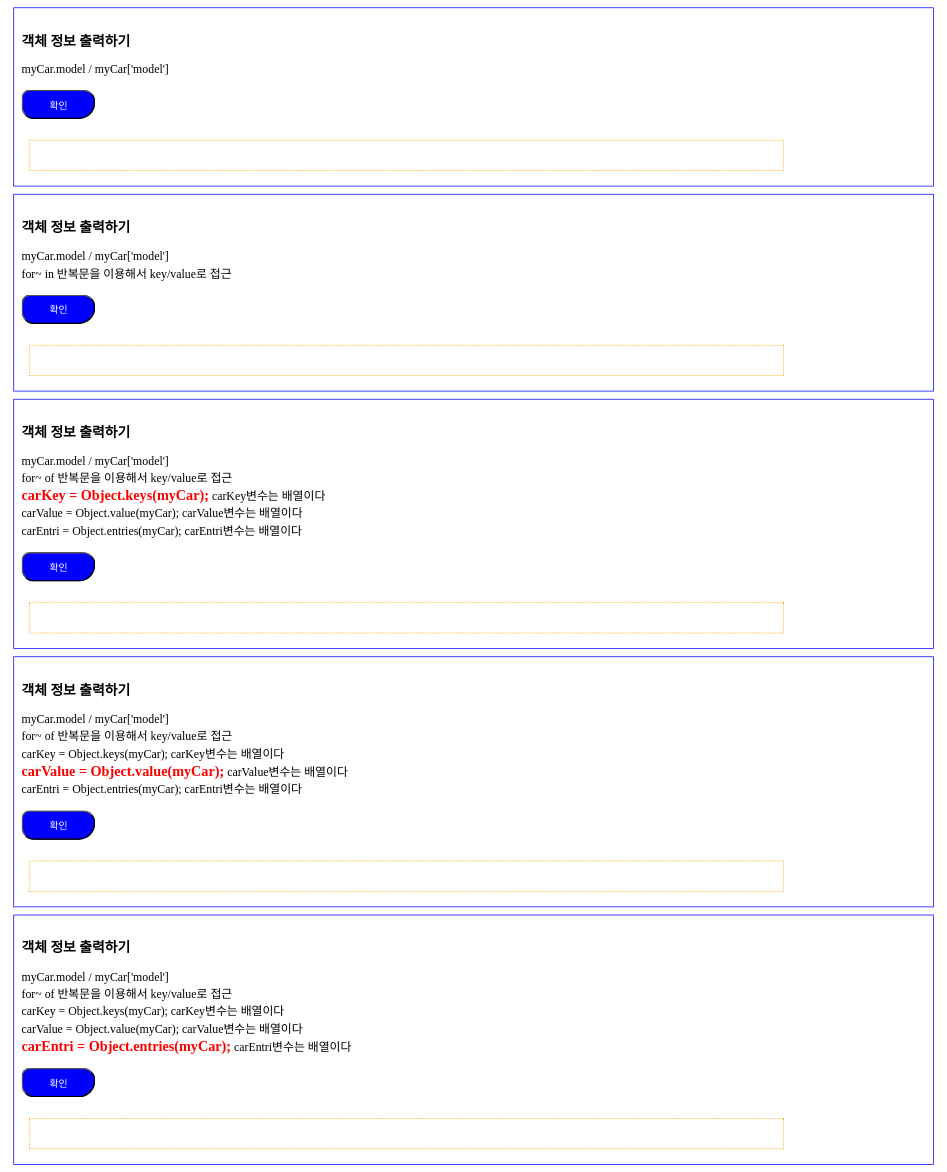
Repository: seonyeob94/BasicWeb
Page: webpro/src/main/webapp/0318/리터럴객체_myCar.html
The author's editor kept a copy of each file at every save. The page is drawn from the files as they stood at one save, then again after the next save.
The browser window is 1280 px wide. The pictures show the whole page, at 74% of full size.
After loading, the first visible `input[onclick="proc5()"]` was clicked once.

Above is the page before, as saved 2025-03-19 00:43:40.
Console error: ReferenceError: str is not defined

After the next save:
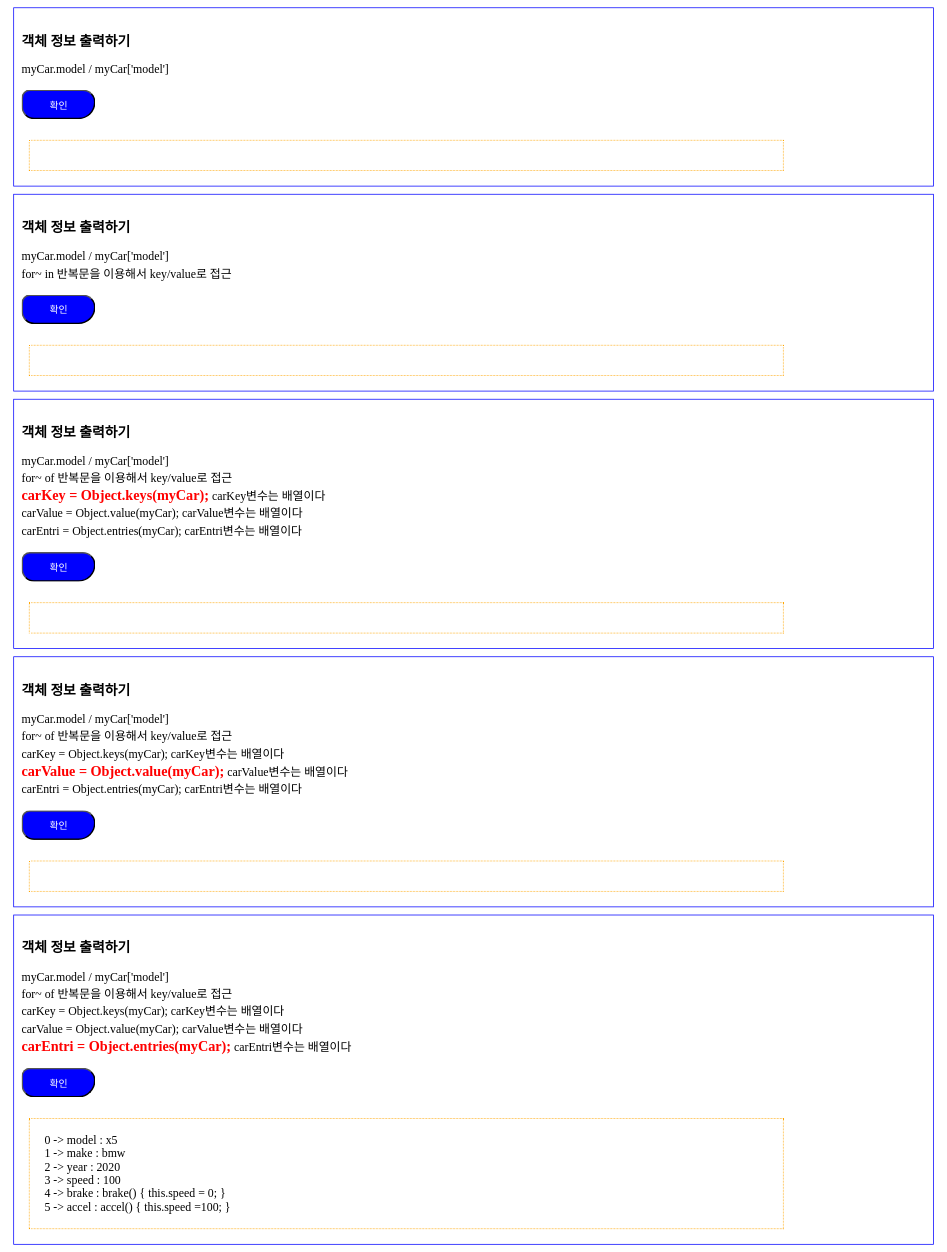
The error is gone.
Saved 2 min 1 s later.
--- a/webpro/src/main/webapp/0318/리터럴객체_myCar.html
+++ b/webpro/src/main/webapp/0318/리터럴객체_myCar.html
@@ -101,6 +101,7 @@ const proc4 = () =>{
 const proc5 = () =>{
 	let entries = Object.entries(myCar);
 	console.log(entries);
+	let str = "";
 
 	/* for(i=0;i<entries.length;i++){
 		for(k=0;k<entries[i].length;k++){
